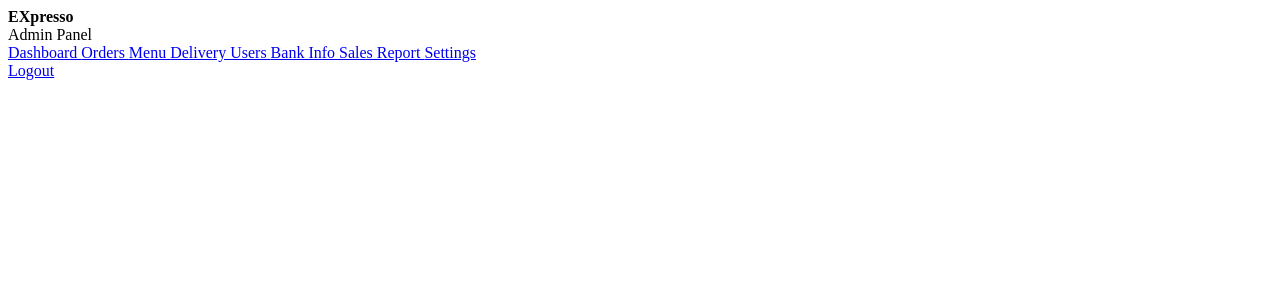
Repository: celestemoneda8-byte/coffee
Page: http://localhost/AdminSide/pages/sidebar.php
The author's editor kept a copy of each file at every save. The page is drawn from the files as they stood at one save, then again after the next save.
The browser window is 1280 px wide. The pictures show the whole page.
The page is run by PHP 8.4 with error messages shown; the project is at /var/www/html/. The database holds what the project's SQL file puts in it.

Above is the page before, as saved 2025-12-17 06:31:46.

After the next save:
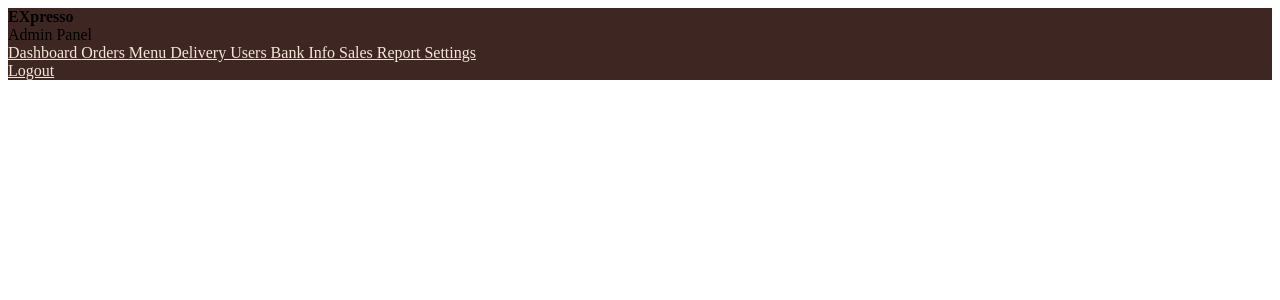
Saved 17 s later.
--- a/AdminSide/pages/sidebar.php
+++ b/AdminSide/pages/sidebar.php
@@ -8,7 +8,15 @@
 // This sidebar expects $_SESSION['username'] and $_SESSION['loggedin'] to be set
 
 $currentPage = basename($_SERVER['PHP_SELF'] ?? 'dashboard.php');
+
+// Load theme colors
+if (!defined('THEME_SECTION')) {
+    define('THEME_SECTION', 'admin');
+}
 ?>
+
+<!-- Dynamic Theme Colors -->
+<?php include __DIR__ . '/../../includes/theme_styles.php'; ?>
 
 <aside class="sidebar border-end">
   <div class="sidebar-top text-center py-4">
